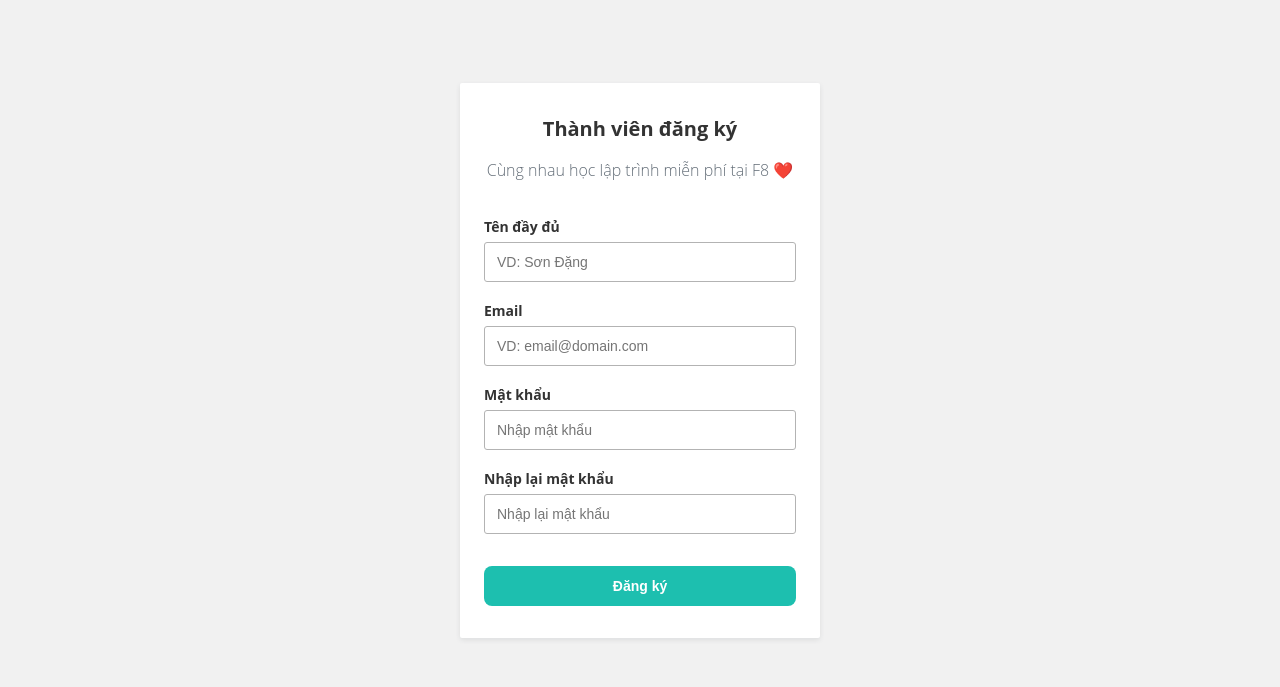
Repository: hoangnam180/FormValidate
Page: index.html
These files come from the project's save history. The page is drawn as it stood at one moment and after the next save; the edit follows.
The browser window is 1280 px wide. The pictures show the whole page.

Above is the page before, as saved 2021-11-04 04:48:00.

After the next save:
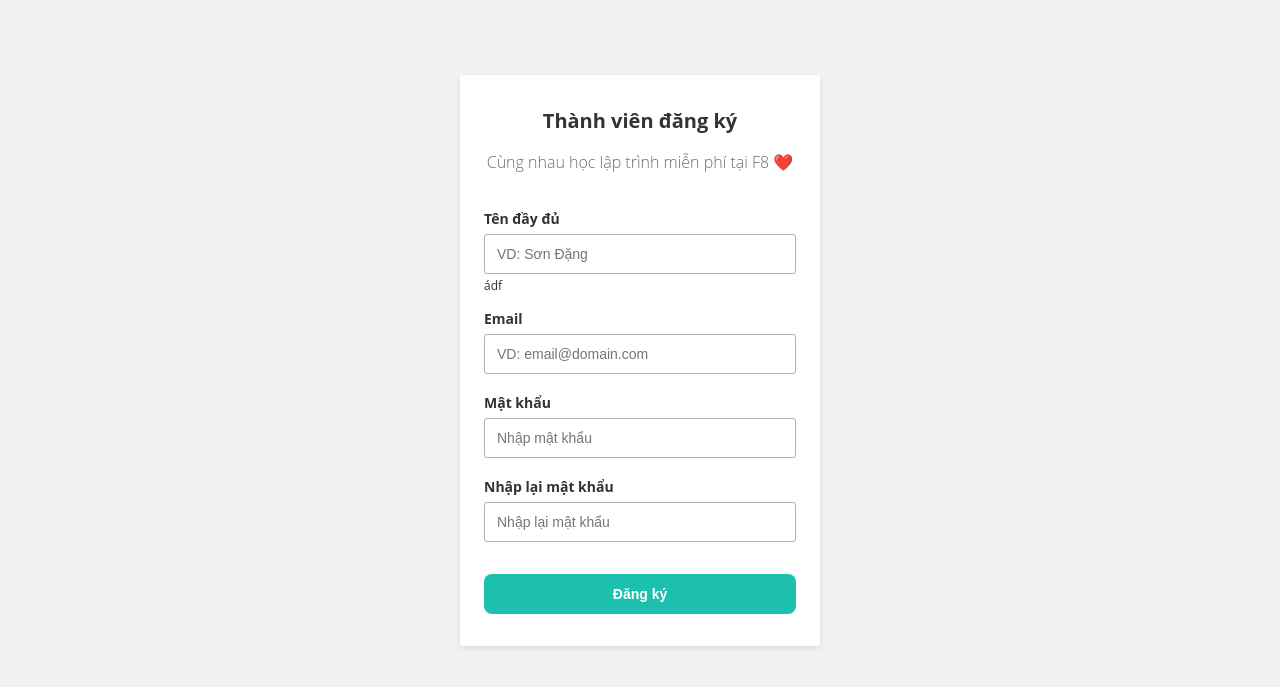
Saved 26 s later.
--- a/index.html
+++ b/index.html
@@ -19,7 +19,7 @@
           <div class="form-group">
             <label for="fullname" class="form-label">Tên đầy đủ</label>
             <input id="fullname" name="fullname" type="text" placeholder="VD: Sơn Đặng" class="form-control">
-            <span class="form-message"></span>
+            <span class="form-message">ádf</span>
           </div>
 
           <div class="form-group">
